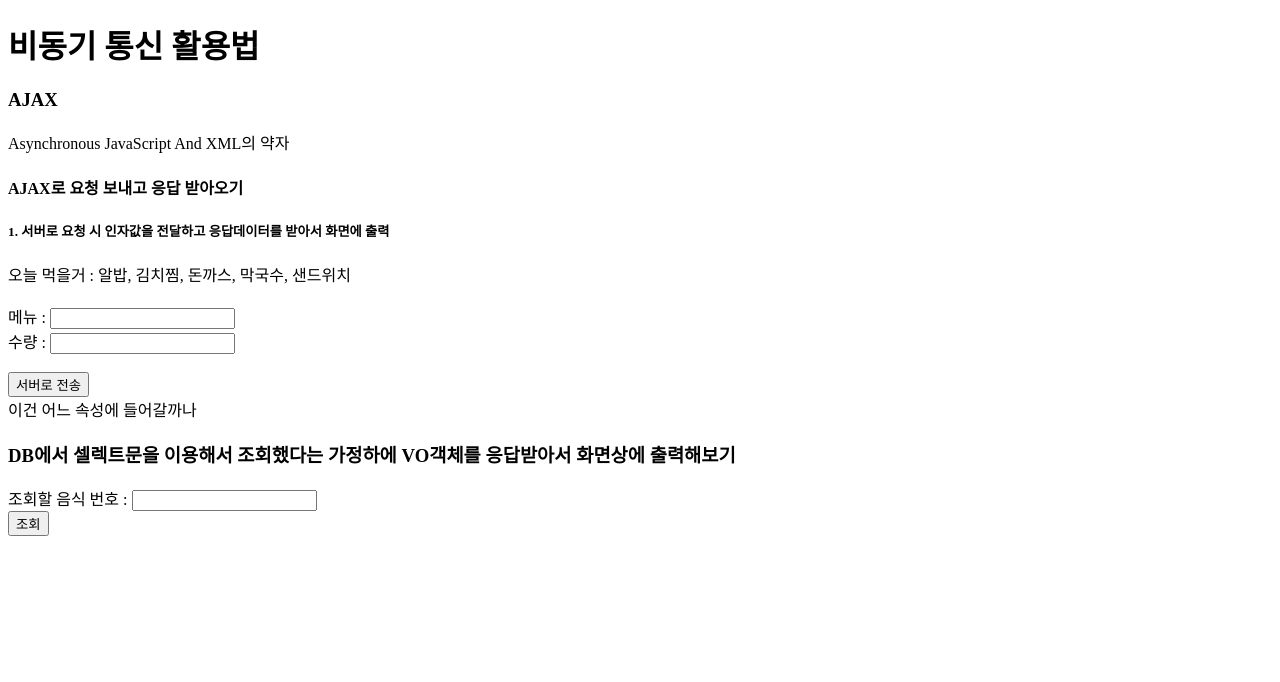
Repository: tjdgk2019/new_springframework
Page: http://localhost/ajaxProject/
These files come from the project's save history. The page is drawn as it stood at one moment and after the next save; the edit follows.
The browser window is 1280 px wide. The pictures show the whole page.
The page is served by Tomcat 9.

Above is the page before, as saved 2024-06-27 02:40:03.

After the next save:
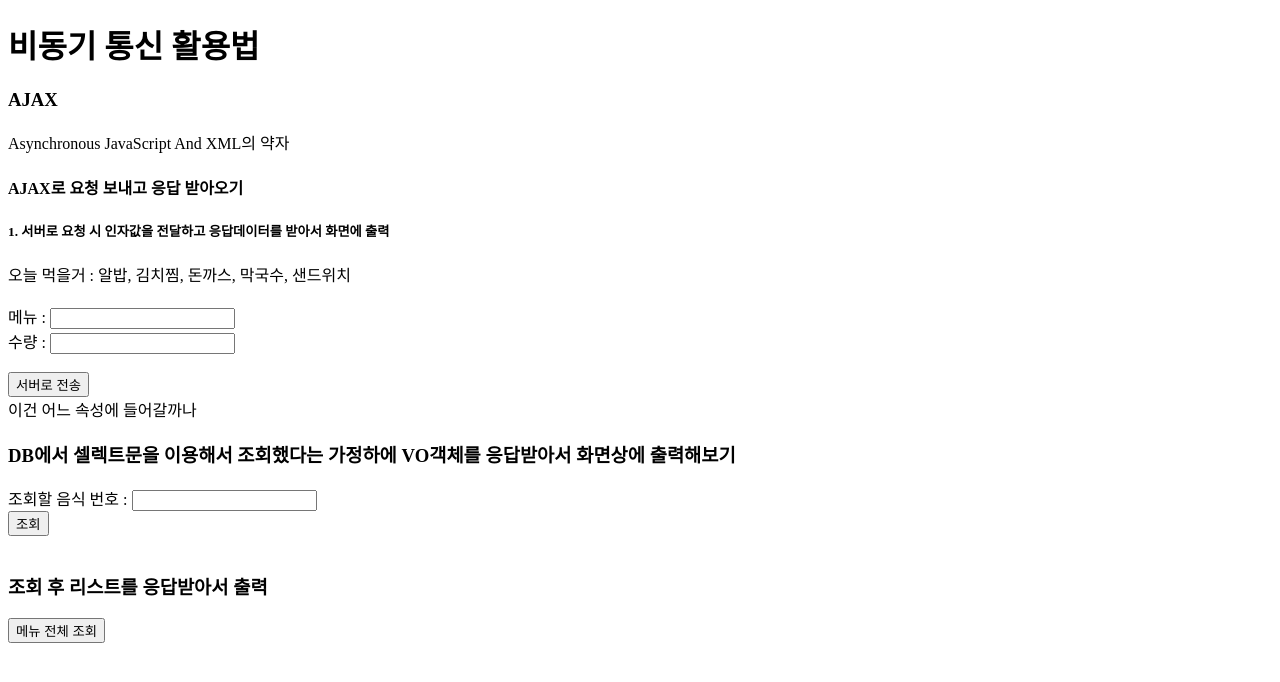
Saved 5 min 39 s later.
--- a/ajaxProject/src/main/webapp/index.jsp
+++ b/ajaxProject/src/main/webapp/index.jsp
@@ -155,7 +155,9 @@
 
     </script>
 
-
+    <br>
+    <h3>조회 후 리스트를 응답받아서 출력</h3>
+    <button onclick="findAll">메뉴 전체 조회</button>
 
 
 
